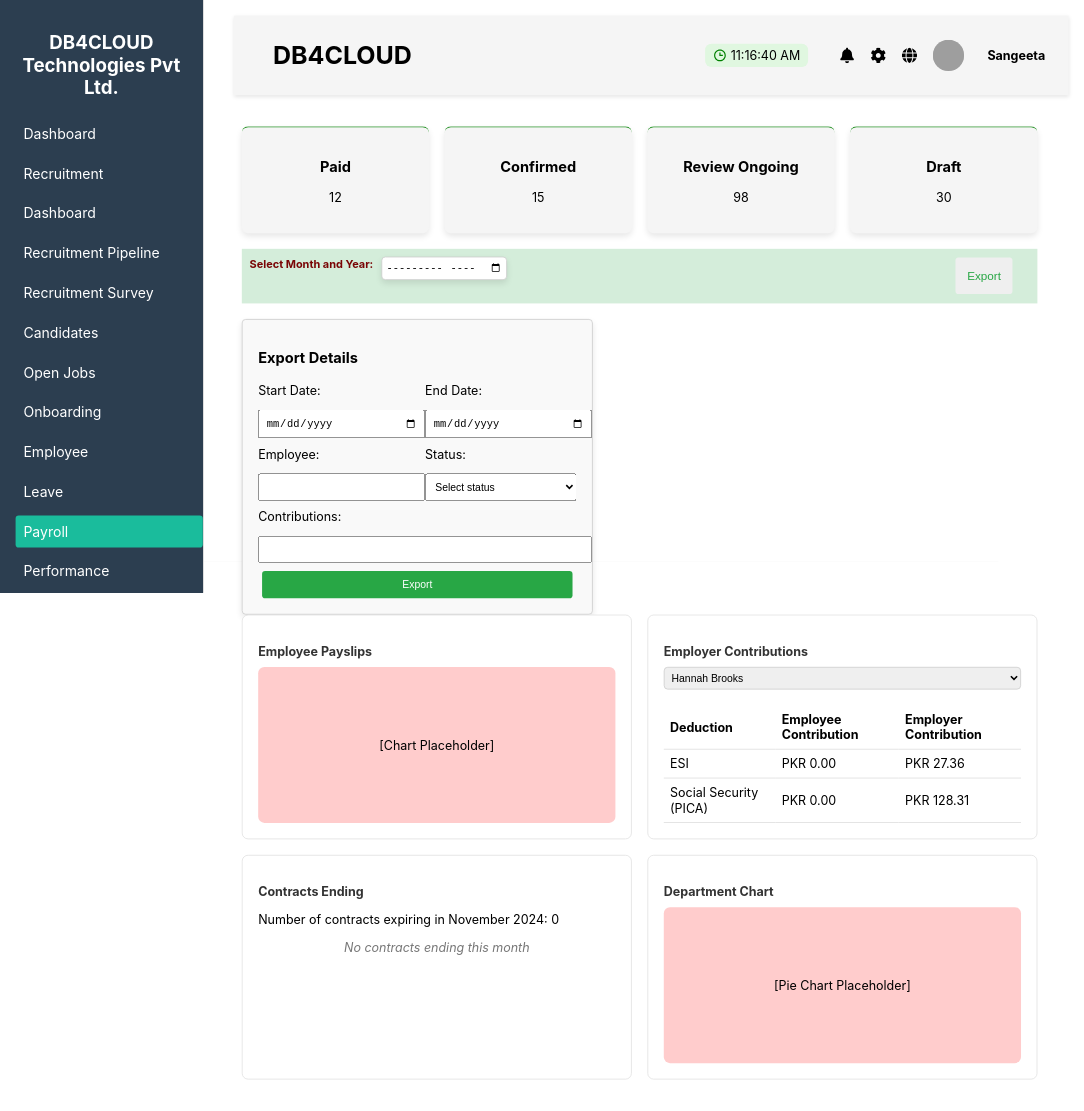
Repository: tinu-ns/Dev-code
Page: /payroll/payroll-dashboard (app in HRMS-DEMO-Sang/hrms/), after clicking the first element matching `button.export`
The author's editor kept a copy of each file at every save. The page is drawn from the files as they stood at one save, then again after the next save.
The browser window is 1280 px wide. The page is 1390 px wide, so the pictures cover 1390 px, including what lies to the right of the window. The pictures show the whole page, at 78% of full size.
Pictures or frames that could not be fetched are drawn as grey boxes. The project was rebuilt for these pictures with package versions that can differ from the ones it lists, and the page was loaded fresh each time. Also part of the build but not shown: HRMS-DEMO-Sang/hrms/src/components/Dashboard.js, HRMS-DEMO-Sang/hrms/src/components/Recruitment.js, HRMS-DEMO-Sang/hrms/src/components/Payroll/Payroll.js, HRMS-DEMO-Sang/hrms/src/components/Leave.js, HRMS-DEMO-Sang/hrms/src/components/Employee.js, HRMS-DEMO-Sang/hrms/src/components/MainContent.css, HRMS-DEMO-Sang/hrms/src/components/MainContent.js, HRMS-DEMO-Sang/hrms/src/components/RightSidebar.css and 8 more. Imported but missing from the stored project, and not drawn on this page: HRMS-DEMO-Sang/hrms/src/components/Onboarding, HRMS-DEMO-Sang/hrms/src/components/Performance.

Above is the page before, as saved 2024-11-06 11:38:43.

### HRMS-DEMO-Sang/hrms/src/App.js
// App.js
import React from 'react';
import { BrowserRouter as Router, Route, Routes, Navigate } from 'react-router-dom';
import Sidebar from './components/Sidebar';
import Dashboard from './components/Dashboard';
import Recruitment from './components/Recruitment';
import Onboarding from './components/Onboarding';
import Performance from './components/Performance';
import Payroll from './components/Payroll/Payroll';
import Leave from './components/Leave';
import Employee from './components/Employee';
import Header from './components/Header';
import MainContent from './components/MainContent';
import RightSidebar from './components/RightSidebar';
import RecruitmentDashboard from './components/Recruitment/RecruitmentDashboard';
import RecruitmentPipeline from './components/Recruitment/RecruitmentPipeline';
import Allowances from './components/Payroll/Allowances';
import Contract from './components/Payroll/Contract';
import Deductions from './components/Payroll/Deductions';
import Payslips from './components/Payroll/Payslips';
import PayrollDashboard from './components/Payroll/PayrollDashboard';
import EmployeeDashboard from './components/Employee/EmployeeDashboard';


import './App.css';

function App() {
  return (
    <Router>
      <div className="app">
        <Sidebar />
        <div className='content-container'>
          <Header />
          <div className="main-section">
            <Routes>
              {/* Main Dashboard Route */}
              <Route path="/" element={<><MainContent /><RightSidebar /></>} />

              {/* Subpage Routes */}
              <Route path="/dashboard" element={<Dashboard />} />
              <Route path="/recruitment" element={<Recruitment />} />
              <Route path="/recruitment/dashboard" element={<RecruitmentDashboard />} />
              <Route path="/recruitment/pipeline" element={<RecruitmentPipeline />} />
              <Route path="/recruitment/survey" element={<div>Survey Page</div>} />
              <Route path="/recruitment/candidates" element={<div>Candidates Page</div>} />
              <Route path="/recruitment/open-jobs" element={<div>Open Jobs Page</div>} />
              <Route path="/onboarding" element={<Onboarding />} />
              <Route path="/employee" element={<Employee />} />

              {/* Payroll Section Routes */}

              <Route path="/employee" element={<EmployeeDashboard />} />
            {/* Other routes */}
            <Route path="*" element={<Navigate to="/employee" />} />

              <Route path="/leave" element={<Leave />} />

              {/* Payroll Section Routes */}
              <Route path="/payroll" element={<Payroll />} />
              <Route path="/payroll/allowances" element={<Allowances />} />
              <Route path="/payroll/contract" element={<Contract />} />
              <Route path="/payroll/deductions" element={<Deductions />} />
              <Route path="/payroll/payslips" element={<Payslips />} />
              <Route path="/payroll/payroll-dashboard" element={<PayrollDashboard />} />
              <Route path="/performance" element={<Performance />} />


              {/* Redirect unknown routes to main dashboard */}
              <Route path="*" element={<Navigate to="/" />} />
            </Routes>
          </div>
        </div>
      </div>
    </Router>
  );
}

export default App;

### HRMS-DEMO-Sang/hrms/src/components/Sidebar.js
import React, {useState} from "react";
import { NavLink } from "react-router-dom";

import "./Sidebar.css"
const Sidebar = () => {
  const [isPayrollOpen, setIsPayrollOpen] = useState(false);
  const togglePayrollMenu = () => {
    setIsPayrollOpen(!isPayrollOpen);
  };


  return (
    <div className="container">
    <div className="sidebar">
      <h2>DB4CLOUD Technologies Pvt Ltd.</h2>
      <ul className="sidebar-list">
      <li>
          <NavLink to="/dashboard" activeClassName="active">
            Dashboard
          </NavLink>
        </li>
        <li>
          <NavLink to="/recruitment" activeClassName="active">
            Recruitment
          </NavLink>
          <ul>
            <li><NavLink to="/recruitment/dashboard">Dashboard</NavLink></li>
            <li><NavLink to="/recruitment/pipeline">Recruitment Pipeline</NavLink></li>
            <li><NavLink to="/recruitment/survey">Recruitment Survey</NavLink></li>
            <li><NavLink to="/recruitment/candidates">Candidates</NavLink></li>
            <li><NavLink to="/recruitment/open-jobs">Open Jobs</NavLink></li>
          </ul>
        </li>
        {/* Add more items as needed */}
        <li>
          <NavLink to="/onboarding" activeClassName="active">
            Onboarding
          </NavLink>
        </li>
        <li>
          <NavLink to="/employee" activeClassName="active">
            Employee
          </NavLink>
        </li>
        <li>
          <NavLink to="/leave" activeClassName="active">
            Leave
          </NavLink>
        </li>
            {/* Payroll section */}
        <li>
          <NavLink to="/payroll" activeClassName="active" className="menu-toggle" onClick={togglePayrollMenu}>
            Payroll
          </NavLink>

          {isPayrollOpen && (
            <ul className="submenu">
              <li><NavLink to="/payroll/payroll-dashboard">Dashboard</NavLink></li>
              <li><NavLink to="/payroll/allowances">Allowances</NavLink></li>
              <li><NavLink to="/payroll/contract">Contracts</NavLink></li>
              <li><NavLink to="/payroll/deductions">Deductions</NavLink></li>
              <li><NavLink to="/payroll/payslips">Payslips</NavLink></li>
              <li><NavLink to="/payroll/payroll">Payroll</NavLink></li>
              <li><NavLink to="/payroll/loan-advance-salary">Loan / Advance Salary</NavLink></li>
              <li><NavLink to="/payroll/encashments-reimbursements">Encashments & Reimbursements</NavLink></li>
              <li><NavLink to="/payroll/federal-tax">Federal Tax</NavLink></li>
            </ul>
          )}
        </li>
        <li>
          <NavLink to="/performance" activeClassName="active">
            Performance
          </NavLink>
        </li>
        <li>
          <NavLink to="/offboarding" activeClassName="active">
            Offboarding
          </NavLink>
        </li>
        <li>
          <NavLink to="/assets" activeClassName="active">
            Assets
          </NavLink>
        </li>
        <li>
          <NavLink to="/help-desk" activeClassName="active">
            Help Desk
          </NavLink>
        </li>
        <li>
          <NavLink to="/configuration" activeClassName="active">
            Configuration
          </NavLink>
        </li>
      </ul>
    </div>

    </div>
  );
};

export default Sidebar;

### HRMS-DEMO-Sang/hrms/src/components/Header.js
import React, {useState,useEffect} from 'react'
import {FaBell, FaCog, FaGlobe, FaSignOutAlt} from 'react-icons/fa'
import {BiTime} from 'react-icons/bi'
import './Header.css'

const Header = () => {
    const [currentTime, setCurrentTime] = useState('')
    const [showDropdown, setShowDropdown] = useState(false);

    const getCurrentTime = () => {
        const now = new Date()
        return now.toLocaleTimeString()   // Returns time as HH:MM:SS
    }

// Update time every second
useEffect(() => {
    const timer = setInterval(() => {
      setCurrentTime(getCurrentTime());
    }, 1000); // Update every 1000ms (1 second)

    // Cleanup interval on component unmount
    return () => clearInterval(timer);
  }, []); // Empty dependency array to run only on mount/unmount


    const toggleDropdown = () => {
        setShowDropdown(!showDropdown)
    }


  return (
    <header className='bg-container'>
      <div className='header'>
        <div className="header-left">
        <button className='menu-button'></button>
        <h1>DB4CLOUD</h1>
        </div>

        <div className="header-right">
          {/*  <p>You cannot mark attendence from this network</p> */}

                {/* Time display*/ }
                <div className="time-box">
                    <BiTime className='time-icon' />
                    <span>{currentTime}</span>
                </div>

                {/*Icons for notificatins, settings, etc. */}
                <FaBell className='icon' title='Notifications' />
                <FaCog className="icon" title="Settings" />
                <FaGlobe className='icon' title='Language' />

                {/* User Profile with dropdown*/ }

                <div className="user-profile" onClick={toggleDropdown}>
                    <div className="user-avatar">
                    < img src="https://th.bing.com/th/id/OIP.Pgv1PargHCECE7gCB5kJ-wHaKx?rs=1&pid=ImgDetMain"
                alt="user-Avatar" className="avatar" />
                    </div>
                    <span className="user-name">Sangeeta</span>

{showDropdown && (
    <div className="dropdown">
        <ul>
            <li>Profile</li>
            <li>Setting</li>
            <li>
                <FaSignOutAlt /> Logout
            </li>
        </ul>
    </div>
)}

</div>

     {  /*      <div className="user-info">
                <span className='user-name'>Shalu</span>
                < img src="https://th.bing.com/th/id/OIP.Pgv1PargHCECE7gCB5kJ-wHaKx?rs=1&pid=ImgDetMain"
                alt="user-Avatar" className="avatar" />
            </div>
            */ }
        </div>


      </div>

    </header>
  )
}

export default Header

### HRMS-DEMO-Sang/hrms/src/App.css
.app{
  display: flex;
  height: 100vh;
  background-color: #f4f4f4;
}

.content-container{
  flex-grow: 1;
  padding: 20px;
  background-color: #fff;
  margin-left: 200px;
  display: flex;
  flex-direction: column;

}

.main-section{
  display: flex;
  justify-content: space-between;
  padding: 20px;
}


.sidebar {
  width: 220px;
  background-color: #2c3e50;
  position: fixed;
  height: 100vh;
}

### HRMS-DEMO-Sang/hrms/src/components/Sidebar.css
 .container{
    display: flex;
    height: 100vh;
    margin-right: 50px;
}

/*
.content{
    flex-grow: 1;
    padding: 20px;
    padding-left: 50px;

}  */

.sidebar {
    width: 220px;
    height: 100vh;
    background-color: #503f2c;
    padding: 20px;
    color: white;
    height: 100vh;
    position: fixed;
    border-right: 2px solid #ddd;
    overflow-y: auto;        /* Allows vertical scrolling */
    position: fixed;
    margin-right: 200px;        /* Keeps sidebar fixed on the left side */

  }



  .sidebar h2{
    text-align: center;
    margin-bottom: 30px;
    font-size: 24px;
  }

  .sidebar-list{
    list-style-type: none;
    padding: 0;
  }


  .sidebar-list li{
    margin-bottom: 15px;
  }

  .sidebar-list li a {
    color: white;
    text-decoration: none;
    font-size: 18px;
    padding: 10px;
    border-radius: 4px;
    display: block;
  }

  .sidebar-list li a:hover{
    color: #1abc9c;
  }

  .sidebar-list li a.active{
    background-color: #1abc9c;
    color: white;
  }

  .sidebar {
    width: 250px;
    background-color: #2E3A46;
    color: #FFF;
    padding: 20px;
    height: 100vh;
  }

  .sidebar h2 {
    font-size: 1.5em;
    margin-bottom: 1em;
  }

  .sidebar ul {
    list-style: none;
    padding: 0;
  }

  .sidebar li {
    margin: 10px 0;
  }

  .sidebar li ul {
    margin-top: 5px;
  }

  .sidebar a {
    color: #FFF;
    text-decoration: none;
  }

  .sidebar a:hover {
    text-decoration: underline;
  }

  .sidebar a.active {
    color: #20c997;
  }

  .sidebar ul li a:hover, .menu-toggle:hover {
    background-color: #34495e;
  }

  .menu-toggle {
    background: none;
    border: none;
    color: #ecf0f1;
    font-size: 1rem;
    text-align: left;
    cursor: pointer;
    width: 100%;
    padding: 10px;
  }

  .submenu {
    list-style-type: none;
    padding-left: 20px;
  }

  .submenu li a {
    padding-left: 20px;
    font-size: 0.9rem;
  }

### HRMS-DEMO-Sang/hrms/src/components/Employee.css
/* EmployeeDashboard.css */
.employee-dashboard {
    padding: 20px;
  }

  .container {
    display: flex;
    justify-content: space-between;
    align-items: flex-start;
  }

  .month-year-selector {
    width: 40%;
  }

  .employee-details {
    width: 55%;
    padding: 10px;
    border: 1px solid #ccc;
    border-radius: 5px;
  }

  .calendar {
    margin-top: 10px;
    border: 1px solid #007bff;
    padding: 10px;
  }

  .calendar-month {
    display: grid;
    grid-template-columns: repeat(7, 1fr); /* 7 columns for the days */
    gap: 5px;
  }

  .calendar-day {
    padding: 10px;
    background-color: #f0f0f0;
    text-align: center;
    cursor: pointer;
    border: 1px solid #ccc;
    border-radius: 3px;
    transition: background-color 0.3s;
  }

  .calendar-day:hover {
    background-color: #d0e8ff;
  }

  .employee-chart {
    margin-top: 10px;
  }

  .employee-status {
    padding: 10px;
    border: 1px solid #ccc;
    border-radius: 5px;
    display: flex;
    justify-content: space-between;
    margin-bottom: 5px;
  }

  .draft { background-color: #fff3cd; }
  .reviewed { background-color: #cce5ff; }
  .confirmed { background-color: #d4edda; }
  .paid { background-color: #d1ecf1; }

### HRMS-DEMO-Sang/hrms/src/components/Header.css
.bg-container{
  padding-left: 30px;

}

.header {
    background-color: #f5f5f5;
    padding: 10px 20px;
    display: flex;
    justify-content: space-between;
    align-items: center;
    box-shadow: 0px 2px 5px rgba(0, 0, 0, 0.1);
  }

  .header-left {
    display: flex;
    align-items: center;
  }

  .menu-button {
    font-size: 24px;
    background: none;
    border: none;
    cursor: pointer;
  }

  .h1{
    margin-left: 15px;
    font-size: 24px;
    color: red! important ;
  }

  .header-right{
    display: flex;
    align-items: center;
  }

  .icon{
    margin-left: 20px;
    font-size: 20px;
    cursor: pointer;
  }

  .time-box {
    display: flex;
    align-items: center;
    background-color: #e0f7e0;
    padding: 5px 10px;
    border-radius: 8px;
    margin-right: 20px;
  }

  .time-icon {
    margin-right: 5px;
    font-size: 18px;
    color: green;
  }

  .user-profile{
    display: flex;
    align-items: center;
    cursor: pointer;
    position: relative;
  }

  .user-avatar{
    padding: 20px;
  }

  .avatar{
    width: 40px;
    height: 40px;
    background-color: #d4d4d4;
    border-radius: 50%;
    display: flex;
    justify-content: center;
    align-items: center;
    font-size: 18px;
    color: white;
    margin-right: 10px;

  }

  .user-name{
    font-weight: bold;
  }

  .dropdown{
    position: absolute;
    top: 50px;
    right: 0;
    background-color: #fff;
    box-shadow: 0px 2px 8px rgba(0, 0, 0, 0.1);
    border-radius: 5px;
    z-index: 100;
  }

  .dropdown ul {
    list-style-type: none;
    padding: 10px;
    margin: 0;
  }

  .dropdown ul li {
    padding: 10px 15px;
    cursor: pointer;
  }

  .dropdown ul li:hover {
    background-color: #f5f5f5;
  }

  .user-info {
    display: flex;
    align-items: center;
  }

  .user-name {
    margin-right: 10px;
  }

### HRMS-DEMO-Sang/hrms/src/components/Recruitment/RecruitmentPipeline.css
.pipeline-container {
    padding: 20px;
    background-color: #f5f5f5;
    border-radius: 8px;
  }

  .pipeline-section {
    margin-top: 20px;
  }

  .pipeline-section h3 {
    background-color: #f8f9fa;
    padding: 10px;
    border-left: 5px solid #ffa500;
  }

  .recruitment-table {
    width: 100%;
    border-collapse: collapse;
  }

  .recruitment-table th,
  .recruitment-table td {
    padding: 10px;
    border-bottom: 1px solid #ddd;
    text-align: left;
  }

  .recruitment-table th {
    background-color: #f1f1f1;
  }

  button {
    padding: 5px 10px;
    margin: 0 5px;
    border: none;
    border-radius: 4px;
    cursor: pointer;
  }

  button:hover {
    background-color: #ddd;
  }

### HRMS-DEMO-Sang/hrms/src/components/Payroll/PayrollDashboard.css
/* PayrollDashboard.css */
.payroll-dashboard {
  padding: 20px;
}

.status-containers {
  display: flex;
  justify-content: space-between;
  margin-bottom: 20px;
}

.status-container {
  background-color: #f0f0f0;
  border: 1px solid #ccc;
  padding: 10px;
  text-align: center;
  width: 18%;
}

.paid {
  background-color: #d4edda;
}
.confirmed {
  background-color: #cce5ff;
}
.review {
  background-color: #fff3cd;
}
.draft {
  background-color: #f8d7da;
}


.export-buttons {
  display: flex;
  gap: 10px;
  padding: 10px;
  text-align: center;
  cursor: pointer;
  width: 100px;


}

.export{
    color: #28a745;
    font-size: 15px;
    padding: 15px;
    font-weight: 400;

}

.export-form {
  margin-top: 20px;
  border: 1px solid #ccc;
  padding: 20px;
  background-color: #f9f9f9;
  border: 1px solid #ccc;
  border-radius: 5px;
  width: 40%;
  display: flex;
  flex-direction: column;
  box-shadow: 0px 4px 8px rgba(0, 0, 0, 0.1);
}

.form-row {
    display: flex;
    gap: 20px;
    margin-bottom: 10px;
  }

  .form-group {
    display: flex;
    flex-direction: column;
    flex: 1;
  }

.export-form label {
  display: block;
  margin-bottom: 10px;
}

.export-form input,
.export-form select {
  width: 100%;
  padding: 8px;
  margin-top: 5px;
}

.export-form button {
  margin-top: 10px;
  padding: 10px;
  background-color: #28a745;
  color: white;
  border: none;
  cursor: pointer;
}

.status {
  display: flex;
  justify-content: space-around;
  gap: 20px;
}

.status-item {
  background-color: #f5f5f5;
  padding: 20px;
  width: 200px;
  text-align: center;
  border-radius: 8px;
  margin-bottom: 20px;
  box-shadow: 0px 4px 8px rgba(0, 0, 0, 0.1);
  border-top: 1px solid green;
}

.row-container {
  display: flex;
  align-items: center;
  justify-content: space-between; /* Space between calendar and export button */
  margin-bottom: 20px;
  background-color: #d4edda;
  text-align: center;

}

.calendar-container {
    margin-bottom: 20px;
  }


.date-selector {
  display: flex;
  flex-direction: row;
  padding: 10px;
}

.date-selector label {
  font-size: 14px;
  margin-bottom: 5px;
  margin-right: 10px;
  color: rgb(121, 5, 5);
  font-weight: bold;
  text-align: center;
}

.date-selector input[type="month"] {
  padding: 5px;
  border: 1px solid #ccc;
  border-radius: 5px;
  box-shadow: 0px 4px 8px rgba(0, 0, 0, 0.1);
}

.dashboard-content {
  display: grid;
  grid-template-columns: 1fr 1fr;
  gap: 20px;
}

.employee-payslips,
.contributions,
.contracts-ending,
.department-chart {
  background-color: #ffffff;
  border: 1px solid #e0e0e0;
  border-radius: 8px;
  padding: 20px;
}

.employee-payslips h3,
.contributions h3,
.contracts-ending h3,
.department-chart h3 {
  font-size: 16px;
  color: #333333;
  margin-bottom: 10px;
}

.payslip-chart,
.chart-placeholder {
  height: 200px;
  background-color: #ffcccc;
  border-radius: 8px;
  display: flex;
  align-items: center;
  justify-content: center;
}

.employee-dropdown {
  width: 100%;
  padding: 5px;
  margin-bottom: 10px;
  border: 1px solid #ccc;
  border-radius: 5px;
}

table {
  width: 100%;
  border-collapse: collapse;
  margin-top: 10px;
}

th,
td {
  padding: 8px;
  text-align: left;
  border-bottom: 1px solid #ddd;
}

.no-contracts {
  text-align: center;
  color: #777;
  font-style: italic;
}

### HRMS-DEMO-Sang/hrms/src/components/Employee/EmployeeDashboard.css
/* EmployeeDashboard.css */
.employee-dashboard {
    padding: 20px;
  }

  .container {
    display: flex;
    justify-content: space-between;
    align-items: flex-start;
  }

  .month-year-selector {
    width: 40%;
  }

  .employee-details {
    width: 55%;
    padding: 10px;
    border: 1px solid #ccc;
    border-radius: 5px;
  }

  .calendar {
    margin-top: 10px;
    border: 1px solid #007bff;
    padding: 10px;
  }

  .calendar-month {
    display: grid;
    grid-template-columns: repeat(7, 1fr); /* 7 columns for the days */
    gap: 5px;
  }

  .calendar-day {
    padding: 10px;
    background-color: #f0f0f0;
    text-align: center;
    cursor: pointer;
    border: 1px solid #ccc;
    border-radius: 3px;
    transition: background-color 0.3s;
  }

  .calendar-day:hover {
    background-color: #d0e8ff;
  }

  .employee-chart {
    margin-top: 10px;
  }

  .employee-status {
    padding: 10px;
    border: 1px solid #ccc;
    border-radius: 5px;
    display: flex;
    justify-content: space-between;
    margin-bottom: 5px;
  }

  .draft { background-color: #fff3cd; }
  .reviewed { background-color: #cce5ff; }
  .confirmed { background-color: #d4edda; }
  .paid { background-color: #d1ecf1; }

Loaded but not shown: HRMS-DEMO-Sang/hrms/public/index.html (common file); HRMS-DEMO-Sang/hrms/src/index.js (common file); HRMS-DEMO-Sang/hrms/src/index.css (common file); HRMS-DEMO-Sang/hrms/src/reportWebVitals.js (common file); HRMS-DEMO-Sang/hrms/src/components/Payroll/PayrollDashboard.js (185 lines, source omitted)

After the next save:
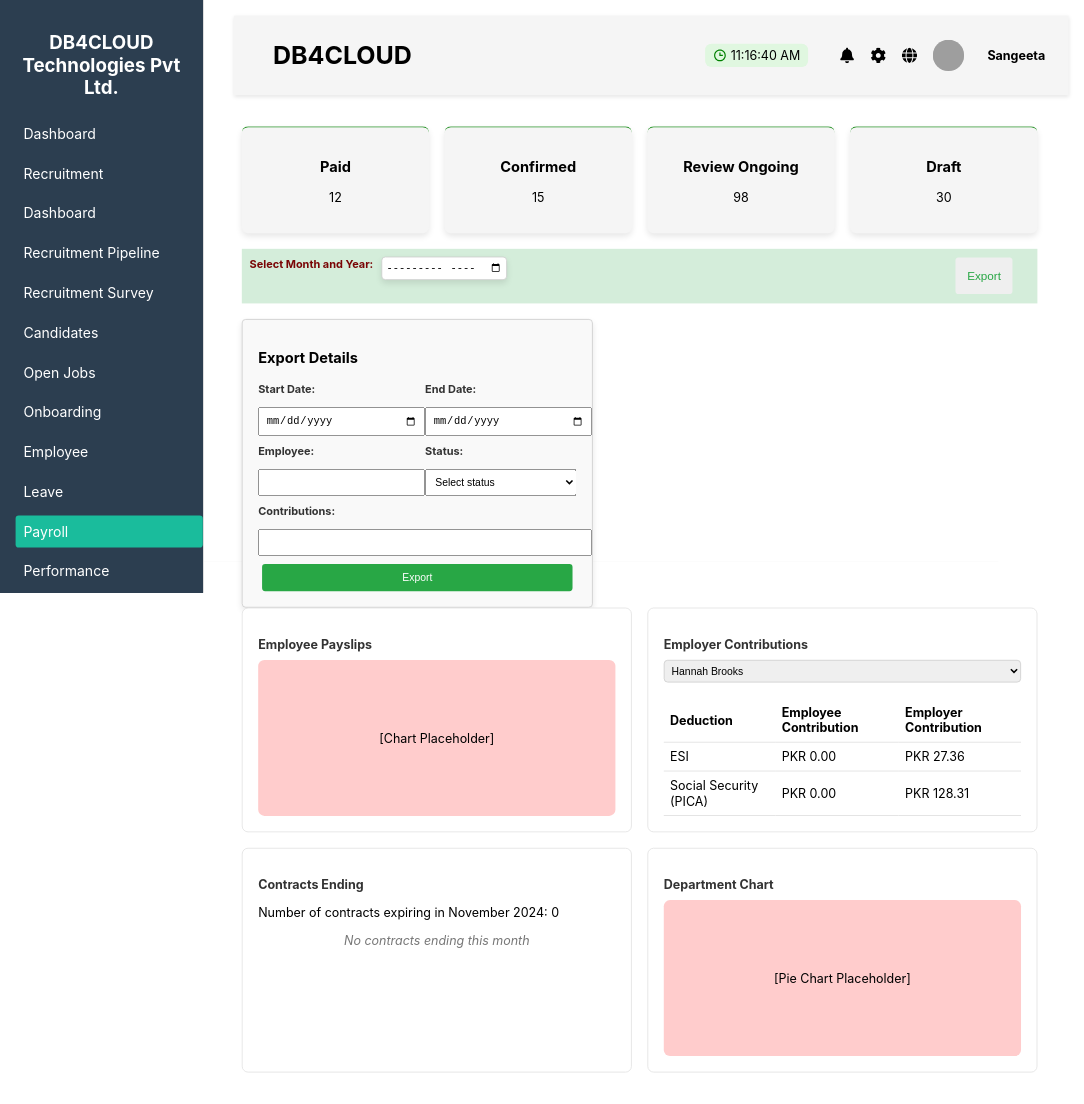
Saved 27 s later.
--- a/HRMS-DEMO-Sang/hrms/src/components/Payroll/PayrollDashboard.css
+++ b/HRMS-DEMO-Sang/hrms/src/components/Payroll/PayrollDashboard.css
@@ -73,6 +73,13 @@
     display: flex;
     flex-direction: column;
     flex: 1;
+  }
+
+  .form-group label {
+    margin-bottom: 5px;
+    font-size: 14px;
+    color: #333;
+    font-weight: bold;
   }
 
 .export-form label {
